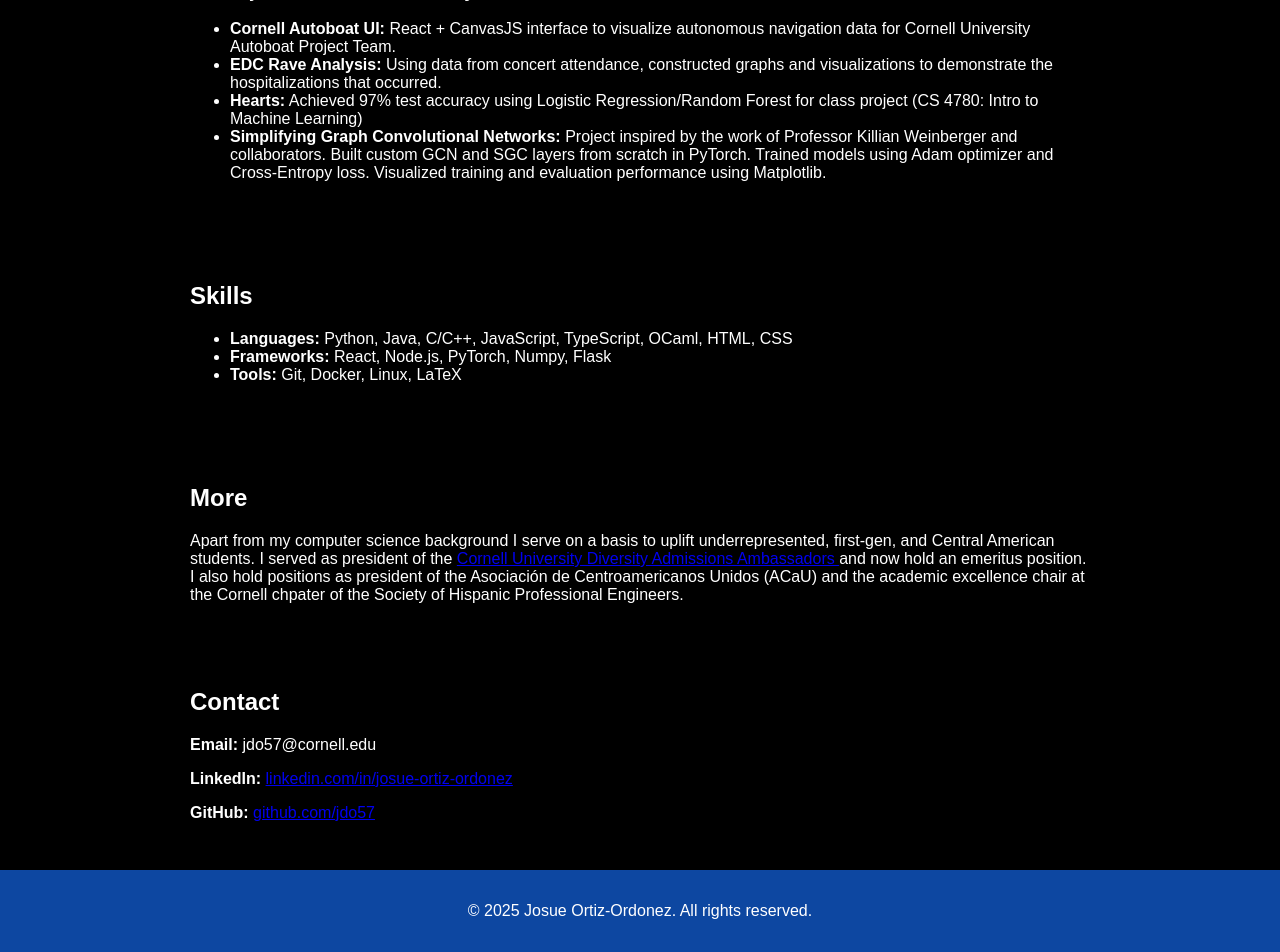
Repository: jdo57/Website
Page: index.html
These files come from the project's save history. The page is drawn as it stood at one moment and after the next save; the edit follows.
The browser window is 1280 px wide. The pictures show the part of the page from y = 1381 to 2333 px (the page is 2333 px tall).
A picture or video elsewhere on the page could not be fetched, so the positions and the page height are approximate.

Above is the page before, as saved 2025-05-26 21:57:19.

After the next save:
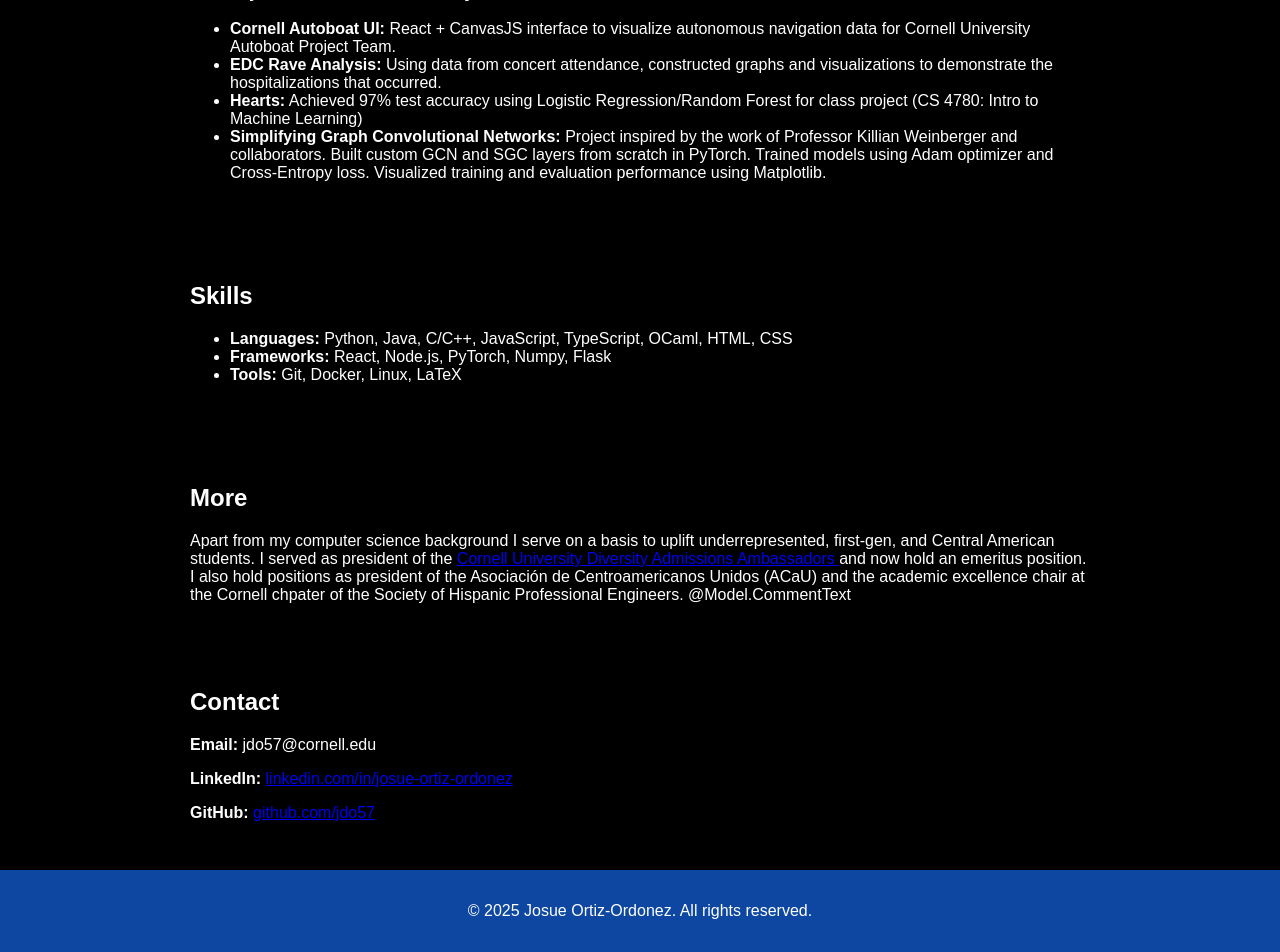
Saved 21 s later.
--- a/index.html
+++ b/index.html
@@ -142,6 +142,7 @@
       Asociación de Centroamericanos Unidos (ACaU) and the academic excellence chair at the Cornell chpater of the
       Society of Hispanic Professional Engineers.
 
+      <span style="white-space: pre-line">@Model.CommentText</span>
 
 
   </section>

After the save that followed:
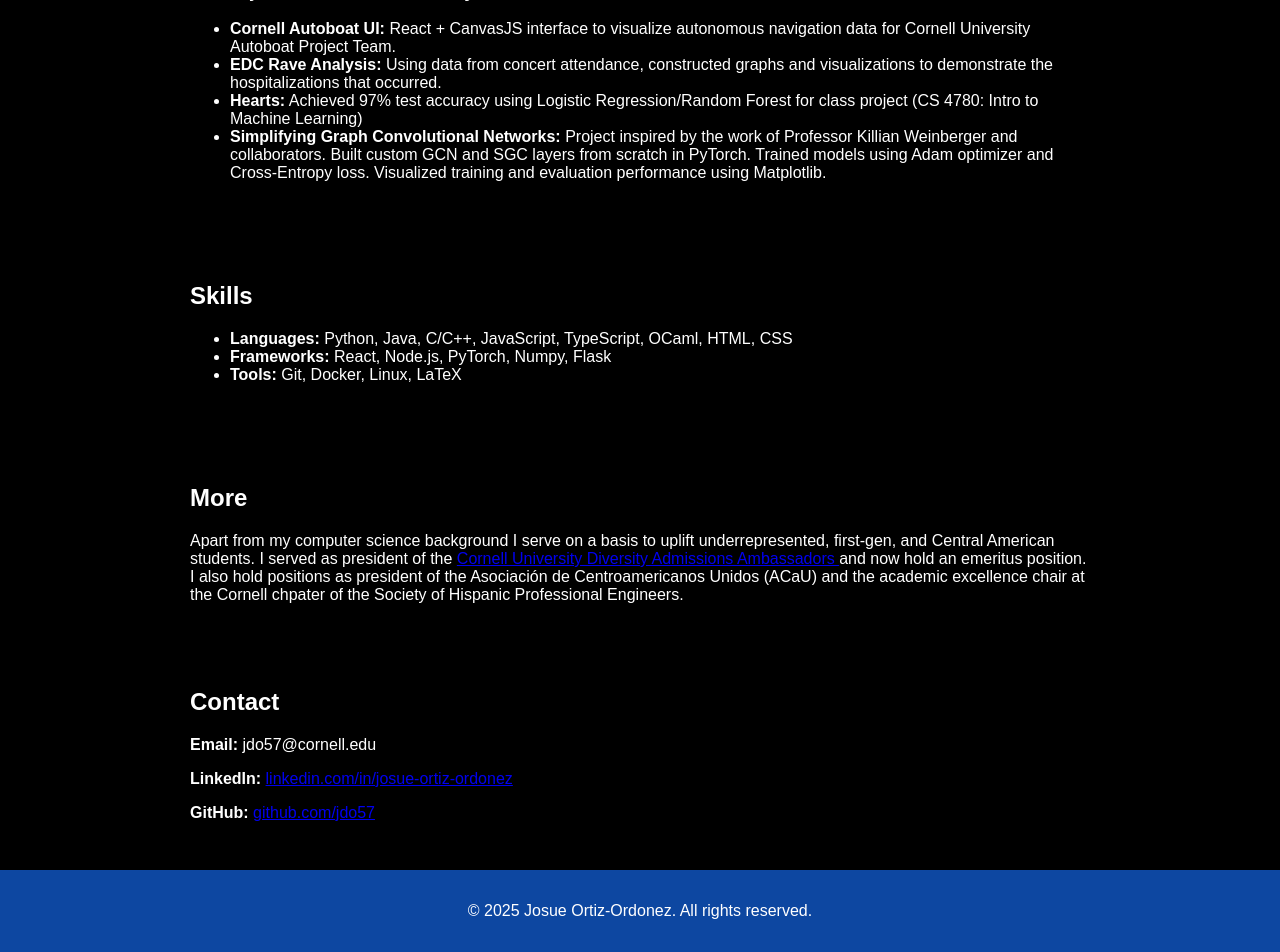
Saved 6 s later.
--- a/index.html
+++ b/index.html
@@ -142,7 +142,7 @@
       Asociación de Centroamericanos Unidos (ACaU) and the academic excellence chair at the Cornell chpater of the
       Society of Hispanic Professional Engineers.
 
-      <span style="white-space: pre-line">@Model.CommentText</span>
+
 
 
   </section>
